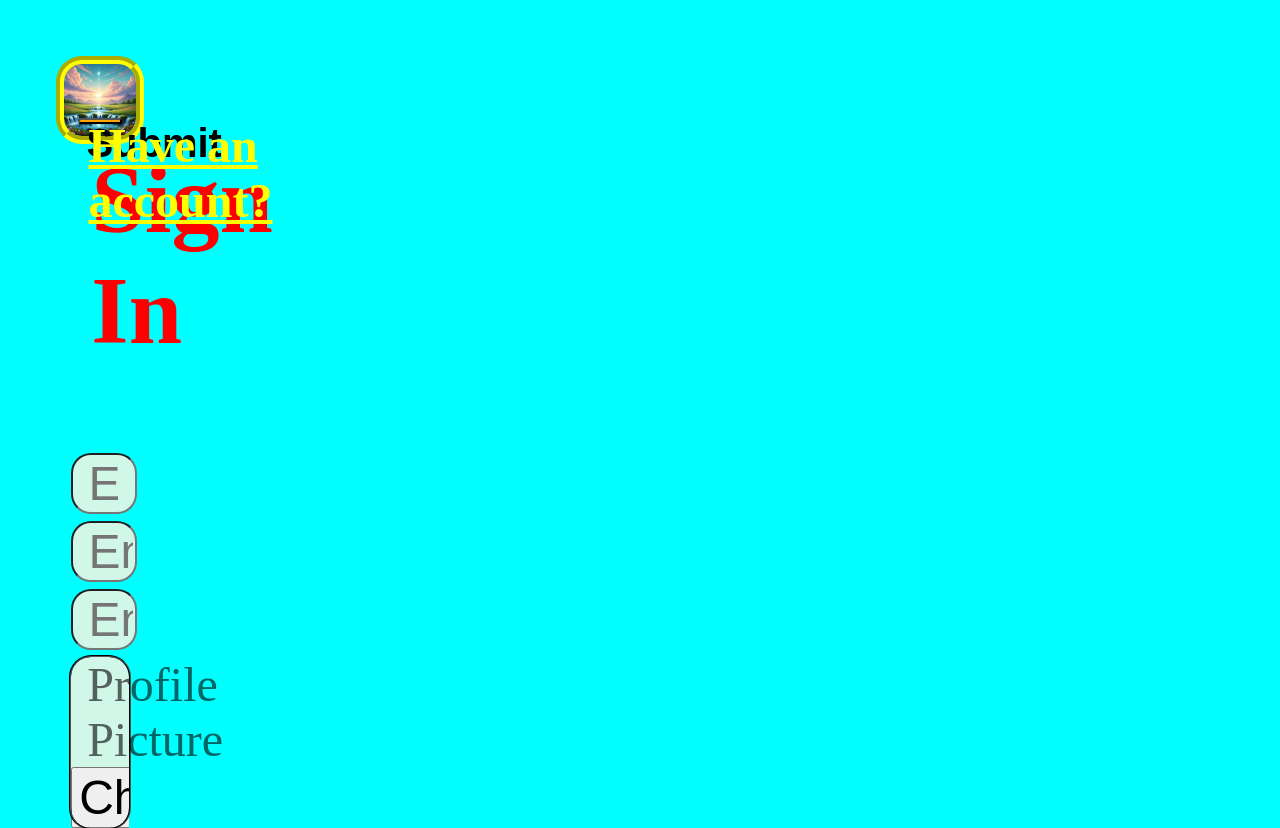
Repository: Amani-Kibet/express-app-web
Page: pages/signup/signIn.html
The author's editor kept a copy of each file at every save. The page is drawn from the files as they stood at one save, then again after the next save.
The browser window is 1280 px wide. The pictures show the whole page.

Above is the page before, as saved 2025-09-28 18:12:47.

After the next save:
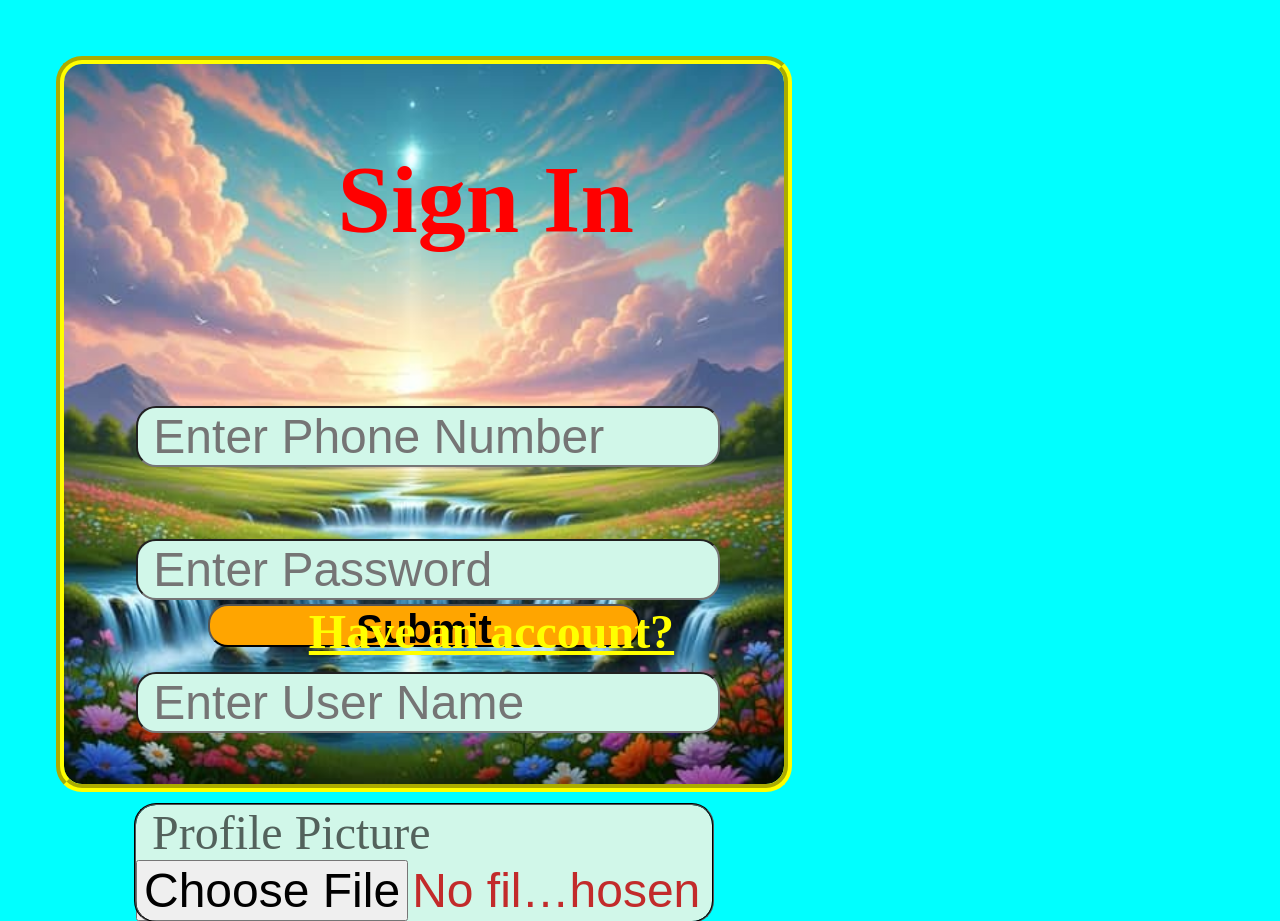
Saved 17 s later.
--- a/pages/signup/signIn.html
+++ b/pages/signup/signIn.html
@@ -11,8 +11,8 @@
   #board{
     background: url(/pictures/p1.png);
     background-size: cover;
-    max-height: 10vh;
-      max-width: 10vh;
+    max-height: 100vh;
+      max-width: 100vh;
     border-radius: 18px;
     outline: 8px groove yellow;
     position: absolute;
